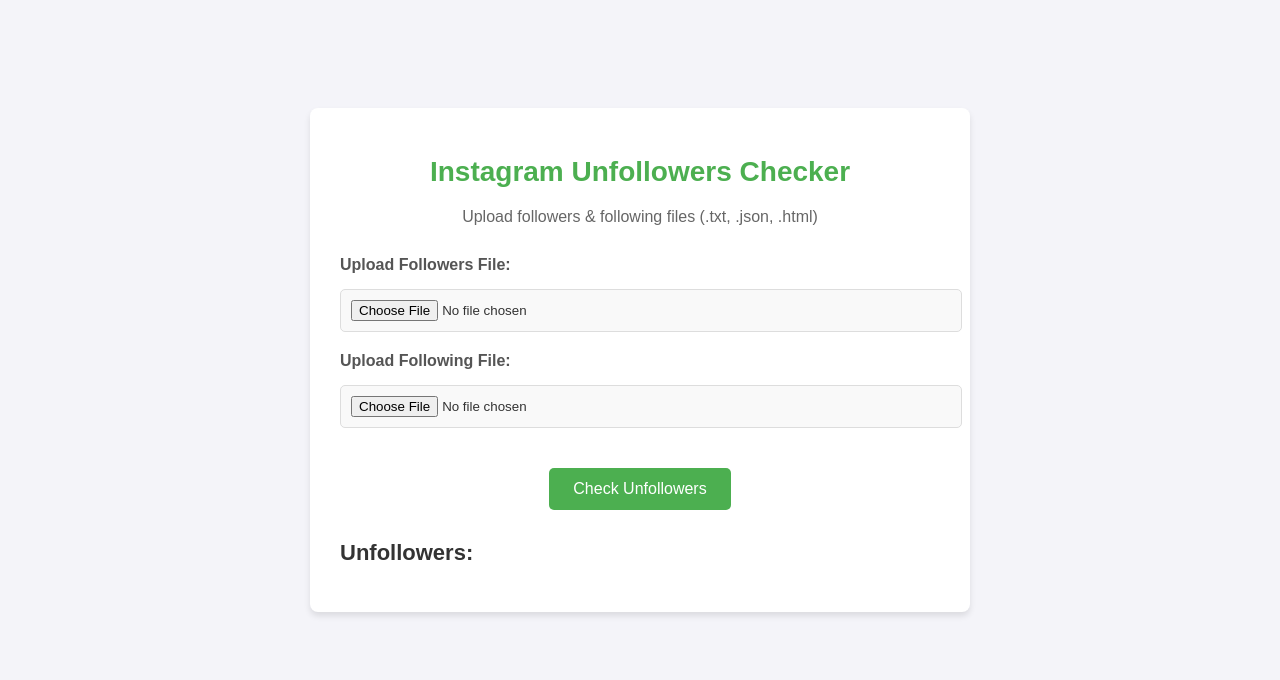
Repository: GiraldoNainggolan/IUC
Page: index.html
These files come from the project's save history. The page is drawn as it stood at one moment and after a run of saves; the edit follows.
The browser window is 1280 px wide. The pictures show the whole page.

Above is the page before, as saved 2025-02-04 15:28:38.

### index.html
<!DOCTYPE html>
<html lang="en">
<head>
    <meta charset="UTF-8">
    <meta name="viewport" content="width=device-width, initial-scale=1.0">
    <title>Instagram Unfollowers Checker</title>
    <link rel="stylesheet" href="style.css">
</head>
<body>
    <div class="container">
        <h1>Instagram Unfollowers Checker</h1>
        <p>Upload followers & following files (.txt, .json, .html)</p>

        <div class="upload-section">
            <label for="followersFile">Upload Followers File:</label>
            <input type="file" id="followersFile" accept=".txt, .json, .html">
        </div>
        <div class="upload-section">
            <label for="followingFile">Upload Following File:</label>
            <input type="file" id="followingFile" accept=".txt, .json, .html">
        </div>
        <button id="checkUnfollowers">Check Unfollowers</button>

        <div id="result" class="result">
            <h2>Unfollowers:</h2>
            <ul id="unfollowersList"></ul>
        </div>
    </div>
    <script src="script.js"></script>
</body>
</html>

### style.css
body {
    font-family: Arial, sans-serif;
    background-color: #f4f4f9;
    color: #333;
    margin: 0;
    padding: 0;
    display: flex;
    justify-content: center;
    align-items: center;
    height: 100vh;
}

.container {
    max-width: 600px;
    width: 100%;
    background: #fff;
    padding: 30px;
    box-shadow: 0 4px 6px rgba(0, 0, 0, 0.1);
    border-radius: 8px;
    text-align: center;
}

h1 {
    font-size: 28px;
    margin-bottom: 20px;
    color: #4CAF50;
}

p {
    font-size: 16px;
    color: #666;
    margin-bottom: 30px;
}

.upload-section {
    margin: 20px 0;
    text-align: left;
}

label {
    font-weight: bold;
    display: block;
    margin-bottom: 10px;
    color: #555;
}

input[type="file"] {
    width: 100%;
    padding: 10px;
    border: 1px solid #ddd;
    border-radius: 5px;
    background: #f9f9f9;
    margin-top: 5px;
}

button {
    margin-top: 20px;
    padding: 12px 24px;
    font-size: 16px;
    background: #4CAF50;
    color: white;
    border: none;
    border-radius: 5px;
    cursor: pointer;
    transition: background 0.3s ease;
}

button:hover {
    background: #45a049;
}

.result {
    margin-top: 30px;
    text-align: left;
}

h2 {
    font-size: 22px;
    color: #333;
    margin-bottom: 15px;
}

ul {
    list-style: none;
    padding: 0;
}

ul li {
    background: #f9f9f9;
    margin: 10px 0;
    padding: 15px;
    border: 1px solid #ddd;
    border-radius: 4px;
    color: #555;
}

### script.js
document.getElementById("checkUnfollowers").addEventListener("click", async () => {
    const followersFile = document.getElementById("followersFile").files[0];
    const followingFile = document.getElementById("followingFile").files[0];

    if (!followersFile || !followingFile) {
        alert("Silakan upload kedua file sebelum melanjutkan.");
        return;
    }

    try {
        const followers = await extractUsernamesFromHTML(followersFile);
        const following = await extractUsernamesFromHTML(followingFile);

        const unfollowers = following.filter(user => !followers.includes(user));
        displayUnfollowers(unfollowers);
    } catch (error) {
        alert("Terjadi kesalahan saat membaca file: " + error);
    }
});

async function extractUsernamesFromHTML(file) {
    return new Promise((resolve, reject) => {
        const reader = new FileReader();

        reader.onload = () => {
            const parser = new DOMParser();
            const doc = parser.parseFromString(reader.result, "text/html");

            // Ambil semua elemen <a> yang mengandung link Instagram
            const usernames = [...doc.querySelectorAll("a")]
                .map(a => a.textContent.trim())
                .filter(name => name.length > 0);

            if (usernames.length === 0) {
                reject("Tidak ditemukan username di dalam file.");
            } else {
                resolve(usernames);
            }
        };

        reader.onerror = () => reject(reader.error);
        reader.readAsText(file);
    });
}

function displayUnfollowers(unfollowers) {
    const list = document.getElementById("unfollowersList");
    list.innerHTML = "";

    if (unfollowers.length === 0) {
        list.innerHTML = "<li>Semua orang mengikuti balik!</li>";
        return;
    }

    unfollowers.forEach(user => {
        const listItem = document.createElement("li");
        listItem.textContent = user;
        list.appendChild(listItem);
    });
}

After the next 2 saves:
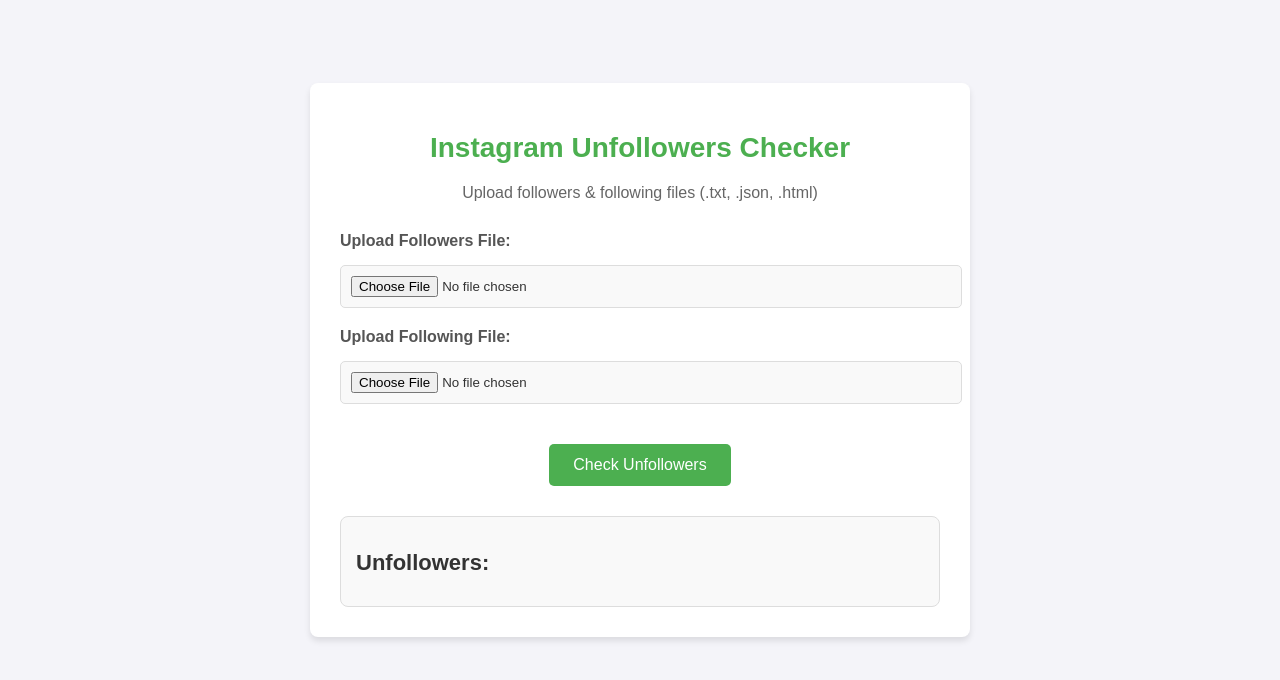
The 2 saves are shown as one change because they came seconds apart.
The last was saved 6 min 5 s later.
--- a/style.css
+++ b/style.css
@@ -93,3 +93,38 @@
     border-radius: 4px;
     color: #555;
 }
+
+/* Tambahkan ini ke CSS Anda */
+
+.result {
+    margin-top: 30px;
+    text-align: left;
+    max-height: 300px; /* Atur tinggi maksimal container */
+    overflow-y: auto; /* Tambahkan scroll jika konten melebihi tinggi */
+    border: 1px solid #ddd; /* Tambahkan border untuk kejelasan */
+    border-radius: 8px;
+    padding: 15px;
+    background: #f9f9f9;
+}
+
+ul#unfollowersList {
+    margin: 0;
+    padding: 0;
+}
+
+ul#unfollowersList li {
+    background: #fff;
+    margin: 10px 0;
+    padding: 12px;
+    border: 1px solid #eee;
+    border-radius: 5px;
+    color: #555;
+    word-wrap: break-word; /* Memastikan teks panjang tidak overflow */
+    overflow-wrap: break-word; /* Memastikan teks panjang tidak overflow */
+}
+
+/* Jika ingin menambahkan hover effect pada list item */
+ul#unfollowersList li:hover {
+    background: #f1f1f1;
+    cursor: pointer;
+}
